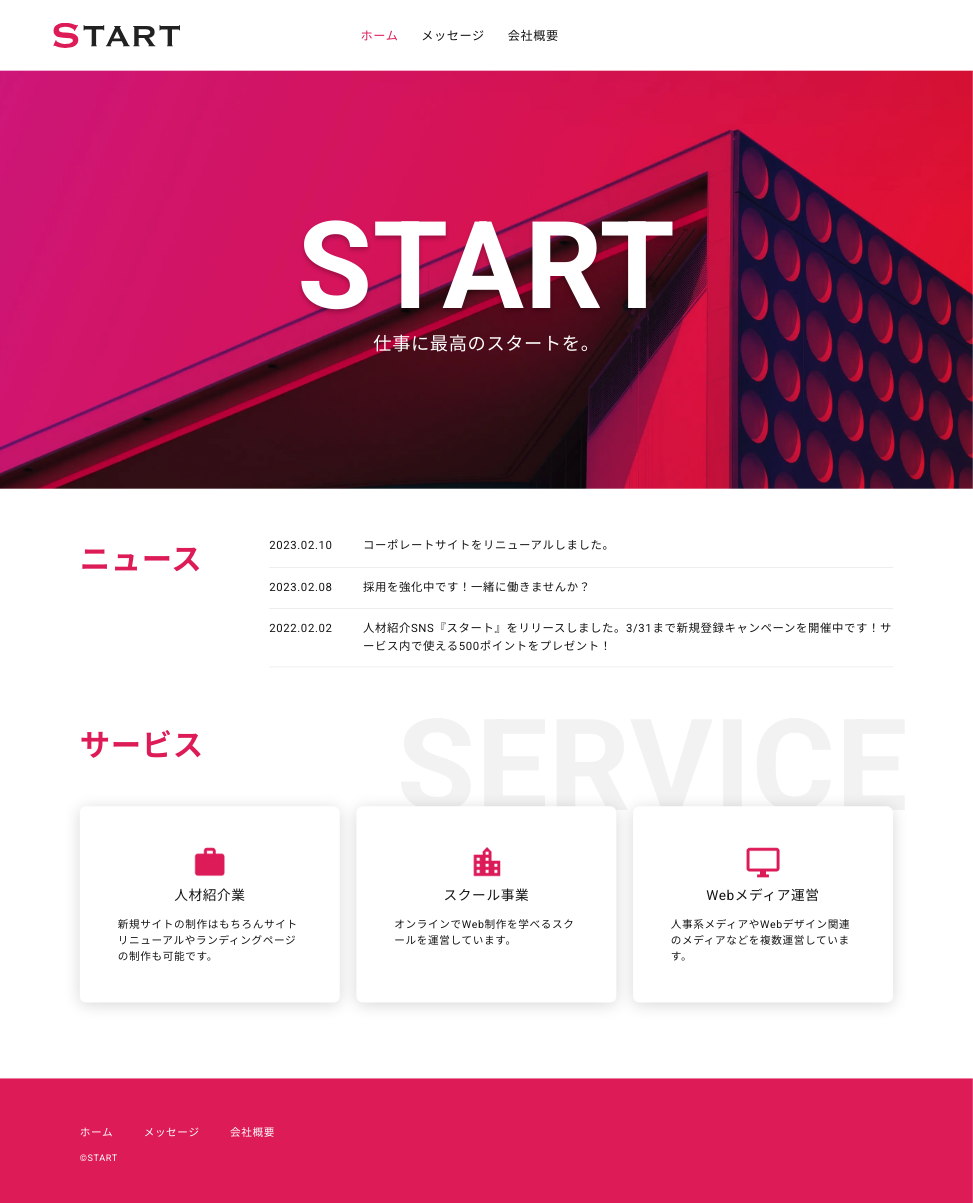
Repository: tetishi/tetishi.github.io
Page: index.html
These files come from the project's save history. The page is drawn as it stood at one moment and after a run of saves; the edit follows.
The browser window is 1280 px wide. The pictures show the whole page, at 76% of full size.

Above is the page before, as saved 2023-07-17 17:04:27.

After the next 3 saves:
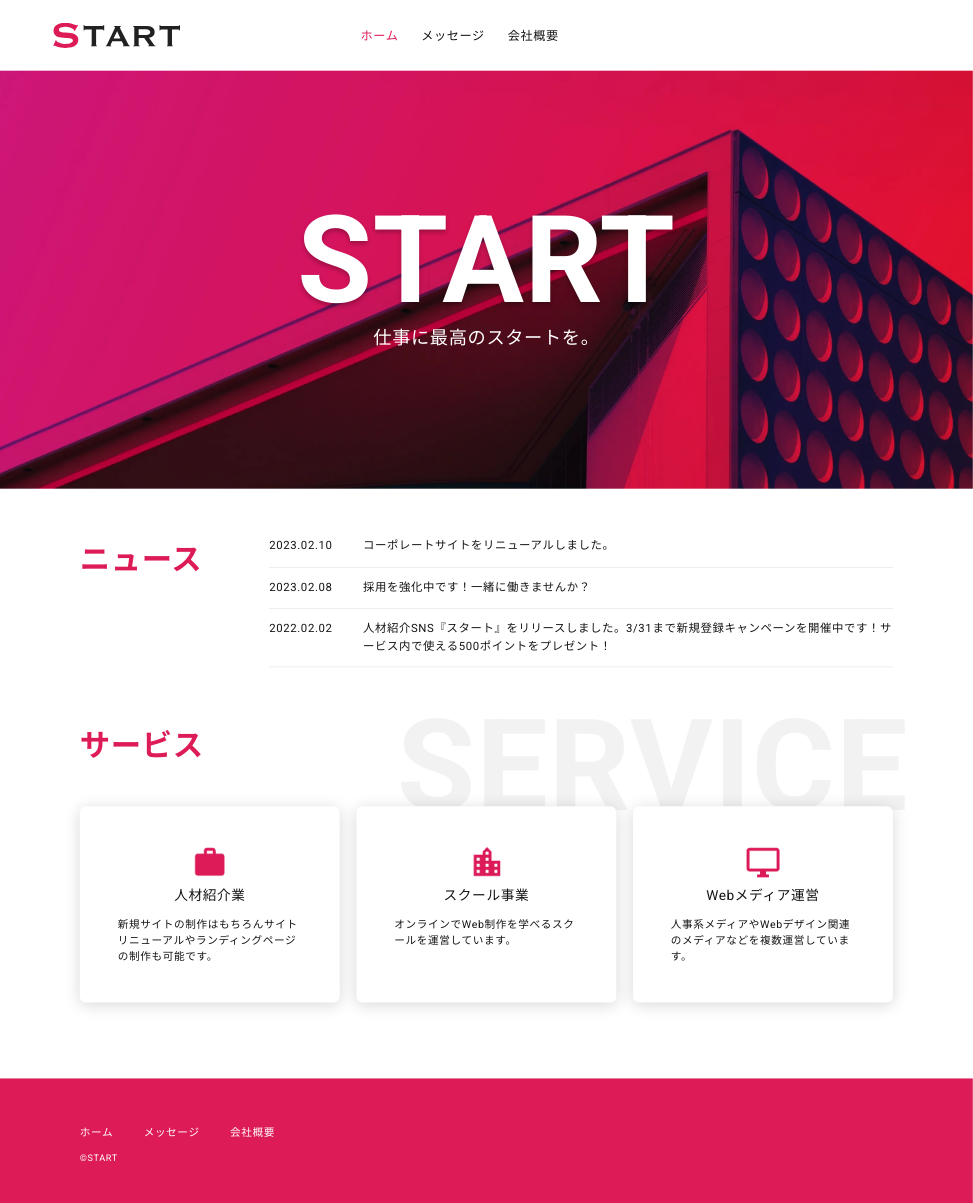
The 3 saves are shown as one change because they came seconds apart.
The last was saved 20 s later.
--- a/css/style.css
+++ b/css/style.css
@@ -64,7 +64,7 @@ a {
 .hamburger-btn {
     display: none;
 }
-
+.hamburger-btn
 
 /* fv */
 .fv {
